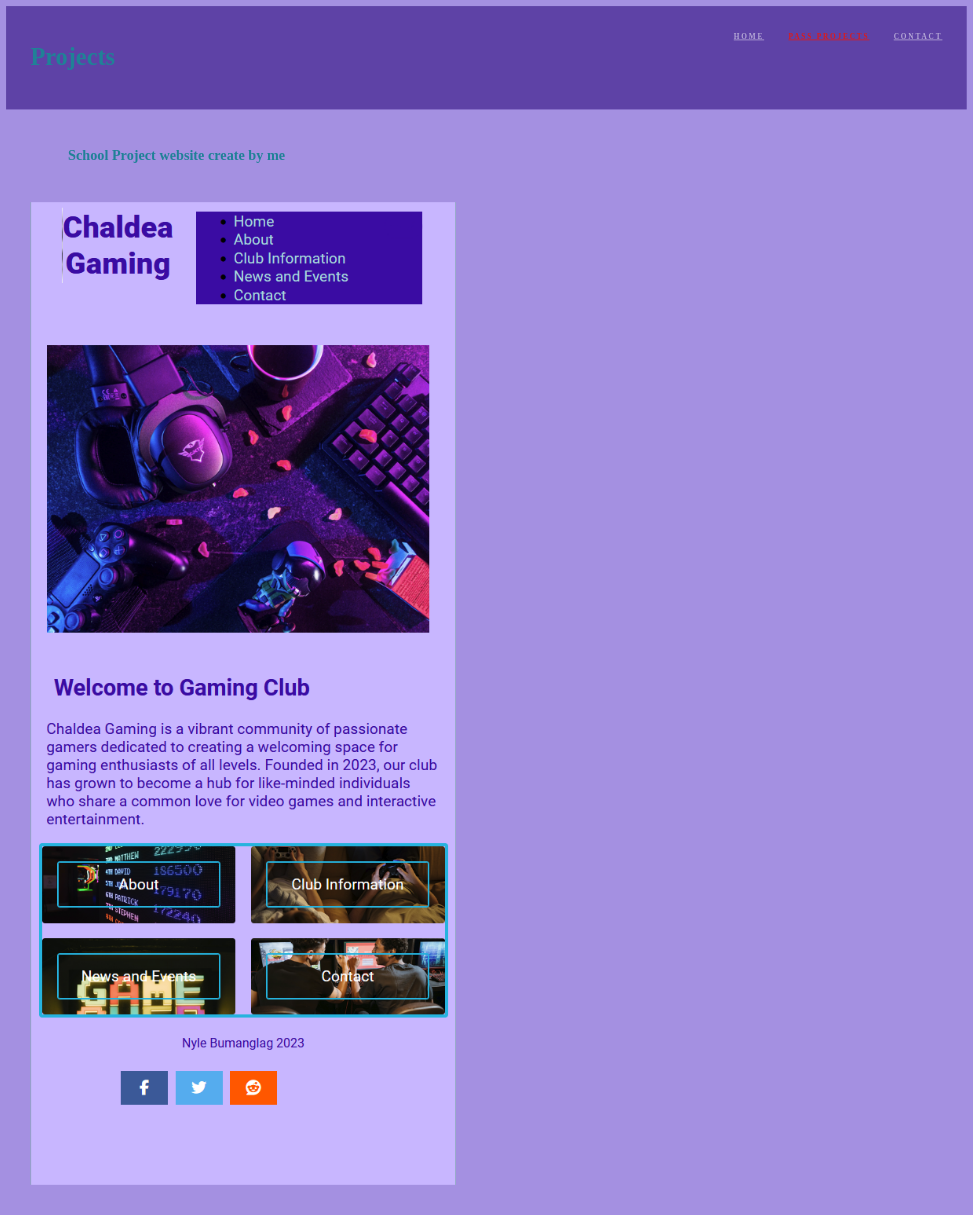
Repository: NyleNC/main
Page: projects.html
These files come from the project's save history. The page is drawn as it stood at one moment and after the next save; the edit follows.
The browser window is 1280 px wide. The pictures show the whole page, at 76% of full size.

Above is the page before, as saved 2024-11-07 00:35:15.

### projects.html
<!DOCTYPE html>
<html lang="en">
<head>
    <meta charset="UTF-8">
    <meta name="viewport" content="width=device-width, initial-scale=1.0">
    <title>Nyle Bumanglag</title>
    <link rel="stylesheet" href="style.css">
</head>
<header id="header"><h1>Projects</h1>
    <nav>
        <ul>
            <li><a href="index.html">Home</a></li>
            <li><a href="projects.html" class="active">Pass Projects</a></li>
            <li><a href="Contact.html">Contact</a></li>
        </ul>
    </nav>
</header>
<body>
    <section >
        <div class="container">
            <div >
            <h3>School Project website create by me </h3>
            <img src="Images/website.png" alt="website"class="image-fit" >
        </div>
        </div>



    </section>
</body>
</html>

### style.css
body{
    background: #a490e1;
    color: rgb(32, 129, 151);
}
#header {
display: -moz-flex;
display: -webkit-flex;
display: -ms-flex;
display: flex;
background-color: #5e42a6;
cursor: default;
padding: 1.75em 2em;
}

#header > .title {
border: 0;
color: #ffffff;
 display: block;
font-size: 1.25em;
font-weight: bold;
}

#header > nav {
-moz-flex: 1;
-webkit-flex: 1;
-ms-flex: 1;
flex: 1;
text-align: right;
}
 #header > nav > ul {
 margin: 0;
padding: 0;
}

 #header > nav > ul > li {
 display: inline-block;
margin-left: 1.75em;
 padding: 0;
vertical-align: middle;
}

#header > nav > ul > li:first-child {
margin-left: 0;
}

#header > nav > ul > li a {
  border: 0;
color: rgba(255, 255, 255, 0.542);
display: inline-block;
 font-size: 0.6em;
font-weight: bold;
letter-spacing: 0.25em;
text-transform: uppercase;
}
 #header > nav > ul > li a:hover {
color: rgb(144, 225, 164)
}
#header > nav > ul > li a.active {
color: #dd1a1a;
}

.image-fit {
 display: block;
 margin: 0 0 2em 0;
 width: 100%;
}
.container{
    margin: 0 auto;
    gap: 5em;
    display: grid;
    grid-template-columns:  1fr 1fr;
	width: 95%;
    height: auto;
}
.container h3{
    margin: 50px;
}

After the next save:
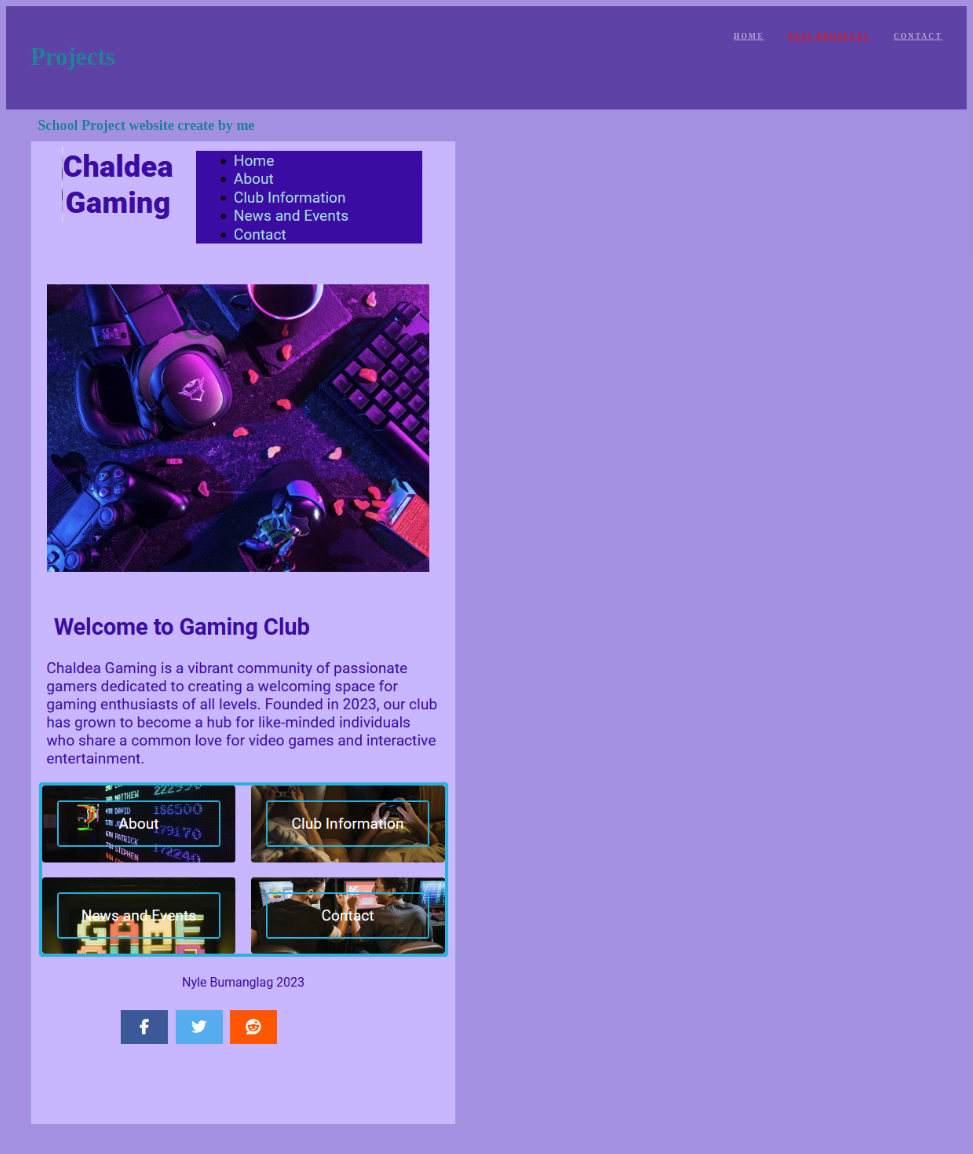
Saved 5 s later.
--- a/style.css
+++ b/style.css
@@ -73,5 +73,5 @@ color: #dd1a1a;
     height: auto;
 }
 .container h3{
-    margin: 50px;
+    margin: 10px;
 }
